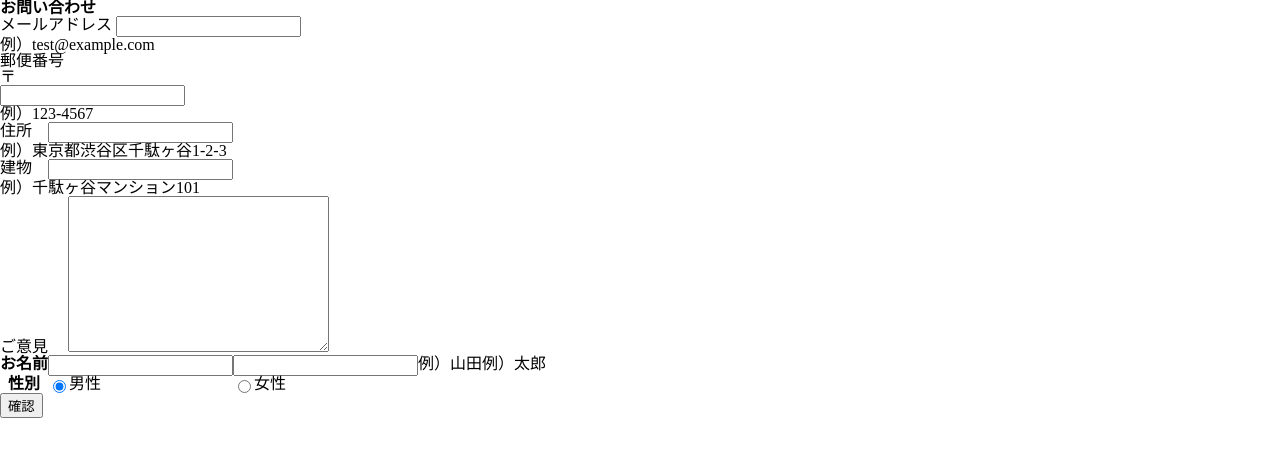
Repository: 1000sky/20220728majima
Page: http://localhost/contact
An editor plug-in stored every save of this project. The page is shown before and after the next save, followed by the edit.
The browser window is 1280 px wide. The pictures show the whole page.
The page is served by the project's Laravel application, run on PHP 8.4 with Laravel 8. Other server files are loaded and not shown. Queries for data that is not in the repository find no rows.

Above is the page before, as saved 2022-07-27 23:49:16.

### advance-test/routes/web.php
<?php

use Illuminate\Support\Facades\Route;
use App\Http\Controllers\ContactController;

/*
|--------------------------------------------------------------------------
| Web Routes
|--------------------------------------------------------------------------
|
| Here is where you can register web routes for your application. These
| routes are loaded by the RouteServiceProvider within a group which
| contains the "web" middleware group. Now create something great!
|
*/

/*Route::get('/', function () {
    return view('welcome');
});*/

Route::get('/', [ContactController::class, 'index']);
Route::post('/', [ContactController::class, 'post']);

Route::get('/contact', [ContactController::class, 'contact']);
Route::post('/create', [ContactController::class, 'create']);


Route::get('/confirmation',[ContactController::class, 'confirmation']);

Route::get('/management', [ContactController::class, 'page']);

### advance-test/app/Http/Controllers/ContactController.php
<?php

namespace App\Http\Controllers;

use Illuminate\Http\Request;
use App\Http\Requests\ClientRequest;
use App\Models\Contact;

class ContactController extends Controller
{
    public function index(Request $request)
    {
        return view('contact');
    }

    public function post(ClientRequest $request)
    {
        return view('contact');
    }

    public function contact()
    {
        $items = Contact::all();
        return view('contact', ['items' => $items]);
    }

    public function create(Request $request)
    {
        $this->validate($request, Contact::$rules);
        $form = $request->all();
        Contact::create($form);
        return redirect('/create');
    }


    //confirmation
    public function confirmation()
    {
        $items = Contact::all();
        return view('confirmation', ['items' => $items]);
    }

    //management
    public function management()
    {
        $items = Contact::all();
        return view('management', ['items' => $items]);
    }
    public function search(Request $request)
    {
        $item = Contact::where('name','gender','created_at','LIKE BINARY',"%{$request->input}%")->get();
        $param = [
            'input' => $request->input,
            'item' => $item
        ];
        return view('management', $param);
    }

    public function page()
    {
        $items = Contact::Paginate(10);
        return view('management', ['items' => $items]);
    }

}

### advance-test/app/Models/Contact.php
<?php

namespace App\Models;

use Illuminate\Database\Eloquent\Factories\HasFactory;
use Illuminate\Database\Eloquent\Model;

class Contact extends Model
{
    use HasFactory;

    protected $fillable = ['fullname', 'gender', 'email','postcode','address','building_name','opinion'];

    public static $rules = array(
        'fullname' => 'required',
        'gender' => 'required',
        'email' => 'required|email',
        'postcode' => 'required|max:8|/^[a-zA-Z0-9\-]+$/u',
        'address' => 'required|regex:/^[a-zA-Z0-9]+$/',
        'building-name' => 'regex:/^[a-zA-Z0-9]+$/',
        'opinion' => 'required|max:120',
    );
}

### advance-test/resources/views/contact.blade.php
<!DOCTYPE html>
<html lang="ja">
<head>
    <meta charset="UTF-8">
    <meta name="viewport" content="width=device-width, initial-scale=1.0">
    <meta http-equiv="X-UA-Compatible" content="ie=edge">
    <title>Advance-Test</title>
    <link rel="stylesheet" href="css/reset.css" />
    <link rel="stylesheet" href="css/contact.css" />
</head>
<body>
    <h1>お問い合わせ</h1>

    @if (count($errors) > 0)
    <ul>
      @foreach ($errors->all() as $error)
        <li>{{$error}}</li>
      @endforeach
    </ul>
    @endif

    <form action="/create" method="POST">

      <table>
        @csrf
        <tr>
        <th><label>お名前</label></th>

        <td><input type="text" name="fullname"></td><td><input type="text" name="fullname"></td>
        <td><p>例）山田</p></td> <td><p>例）太郎</p></td>
        </tr>

        @if ($errors->has('fullname'))
        <tr>
          <th>ERROR</th>
          <td>
            {{$errors->first('fullname')}}
          </td>
        </tr>
        @endif

        <tr>
        <th><label>性別 </label></th>
        <td><input type="radio" name="gender" checked="checked"><label for="">男性</label></td>
        <td><input type="radio" name="gender"><label for="">女性</label></td>
        </tr>

        @if ($errors->has('gender'))
        <tr>
          <th>ERROR</th>
          <td>
            {{$errors->first('gender')}}
          </td>
        </tr>
        @endif

        <tr>
        <label for="">
            メールアドレス <input type="text"><P>例）test@example.com</P>
        </label>
        </tr>
        @if ($errors->has('email'))
        <tr>
          <th>ERROR</th>
          <td>
            {{$errors->first('email')}}
          </td>
        </tr>
        @endif

        <tr>
        <label for="">
            郵便番号　<div>〒</div> <input type="text"><p>例）123-4567</p>
        </label>
        </tr>

        <tr>
        <label for="">
            住所　<input type="text" style="ime-mode:disabled;"><p>例）東京都渋谷区千駄ヶ谷1-2-3</p>
        </label>
        </tr>

        <tr>
        <label for="">
            建物　<input type="text"><p>例）千駄ヶ谷マンション101</p>
        </label>
        </tr>

        <tr>
        <label for="">
            ご意見　 <textarea name="opinion" cols="30" rows="10"></textarea>
        </label>
        </tr>
      </table>


        <button type="submit">確認</button>
 {{--       <!--同じページでリンク先が開く-->
<input type="button" value="リンク" onClick="location.href='http://google.com'">

 <!--新しいタブでリンク先が開く-->
<input type="button" value="リンク" onClick="window.open('http://google.com')">
--}}


{{-- <FORM>
    テキストボックス
    <input type="text" value="" onInput="checkForm(this)">

    テキストエリア
    <textarea rows="2" onInput="checkForm(this)"></textarea>
    </FORM>

    <script type="text/javascript">
    <!--
    function checkForm($this)
    {
        var str=$this.value;
        while(str.match(/[^A-Z^a-z\d\-]/))
        {
            str=str.replace(/[^A-Z^a-z\d\-]/,"");
        }
        $this.value=str;
    }
    //-->
    </script>

    --}}

    </form>


</body>
</html>

Loaded but not shown: advance-test/app/Http/Controllers/Controller.php (common file); advance-test/public/css/reset.css (common file)

After the next save:
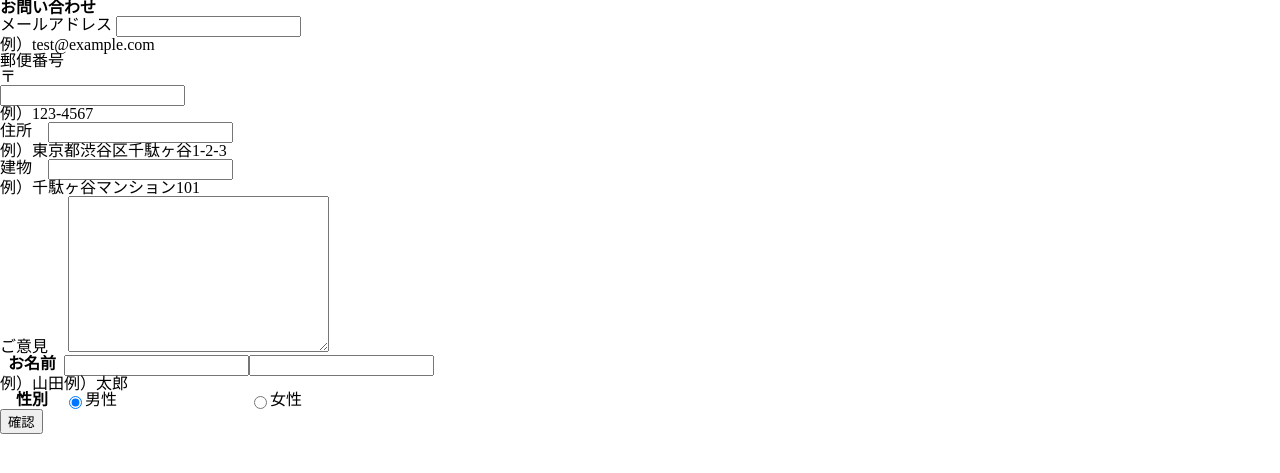
Saved 70 s later.
--- a/advance-test/resources/views/contact.blade.php
+++ b/advance-test/resources/views/contact.blade.php
@@ -24,10 +24,12 @@
       <table>
         @csrf
         <tr>
-        <th><label>お名前</label></th>
+           <th><label>お名前</label></th>
 
-        <td><input type="text" name="fullname"></td><td><input type="text" name="fullname"></td>
-        <td><p>例）山田</p></td> <td><p>例）太郎</p></td>
+           <td><input type="text" name="fullname"></td><td><input type="text" name="fullname"></td>
+        </tr>
+        <tr>
+           <td><p>例）山田</p></td> <td><p>例）太郎</p></td>
         </tr>
 
         @if ($errors->has('fullname'))
